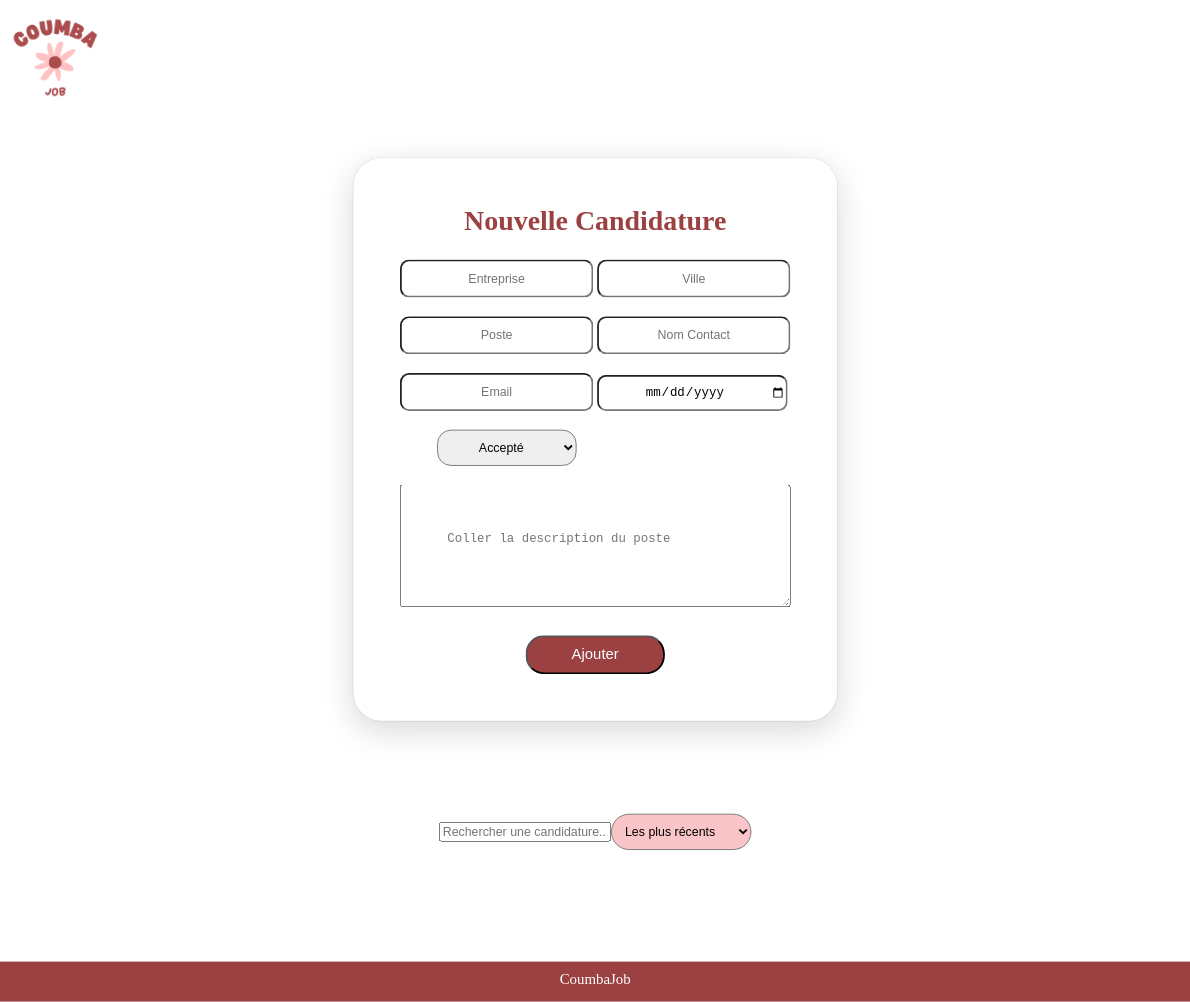
Repository: Coumba25040/coumbaProjet
Page: projetCoumba/index.html
The author's editor kept a copy of each file at every save. The page is drawn from the files as they stood at one save, then again after the next save.
The browser window is 1280 px wide. The pictures show the whole page, at 93% of full size.
Some web fonts or font styles are not loaded; a fallback is used.

Above is the page before, as saved 2025-09-23 16:43:20.

After the next save:
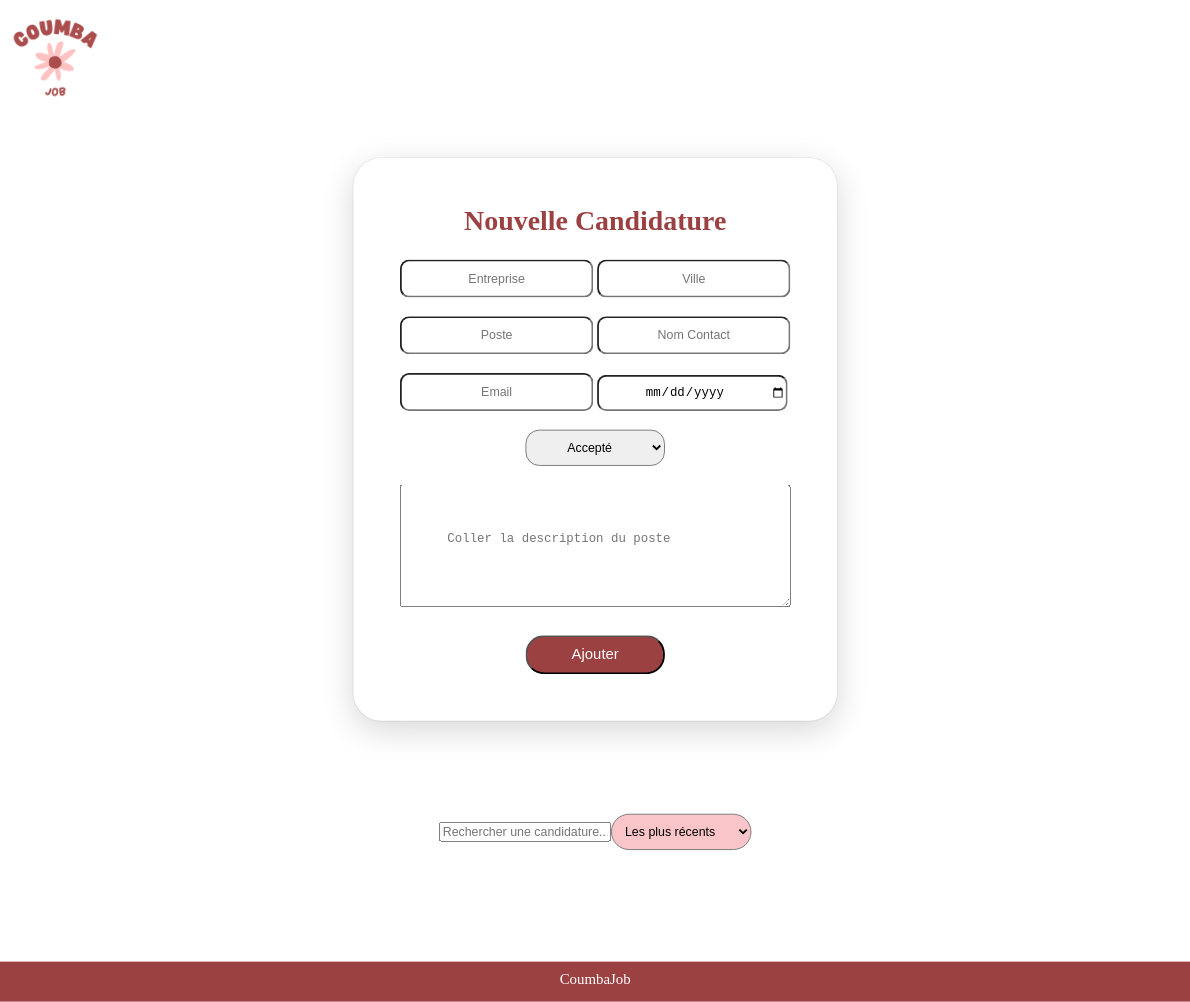
Saved 5 min 44 s later.
--- a/projetCoumba/style.css
+++ b/projetCoumba/style.css
@@ -58,8 +58,7 @@ form input, #date{
     padding: 10px;
     width: 150px;
     border-radius: 15px;
-    margin-left: 40px;
-    margin-right: 10px;
+    margin: auto;
     margin-bottom: 20px;
     text-align: center;
 }
